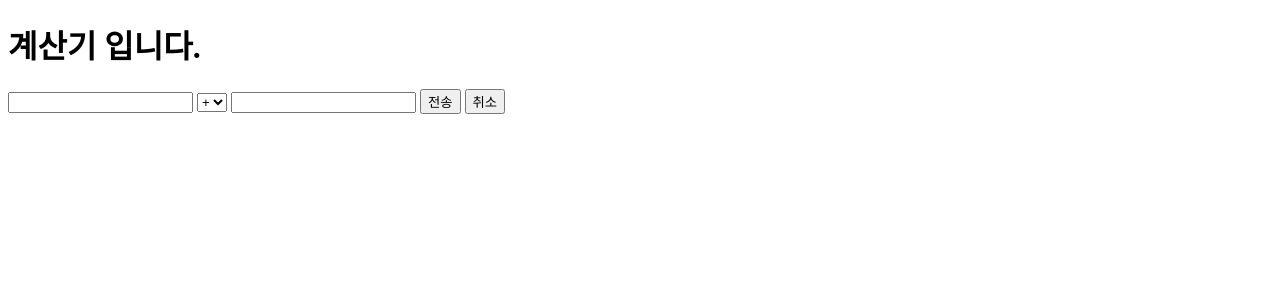
Repository: minimelody/servlet
Page: webworkspace2/web1/WebContent/views/ex1/cal.html
An editor plug-in stored every save of this project. The page is shown before and after the next save, followed by the edit.
The browser window is 1280 px wide. The pictures show the whole page.

Above is the page before, as saved 2018-05-17 07:33:58.

### webworkspace2/web1/WebContent/views/ex1/cal.html
<!DOCTYPE html>
<html>
<head>
<meta charset="UTF-8">
<title>Insert title here</title>
</head>
<body>
	<h1>계산기 입니다.</h1>
	<form action="/web1/cal" method="get">
		<input type="text" name="firstValue">
		<select name="cal">
			<option>+</option>
			<option>-</option>
			<option>*</option>
			<option>/</option>
		</select>
		<input type="text" name="secondValue">
		<input type="submit" value="전송">
		<input type="reset" value="취소">
	</form>
</body>
</html>

After the next save:
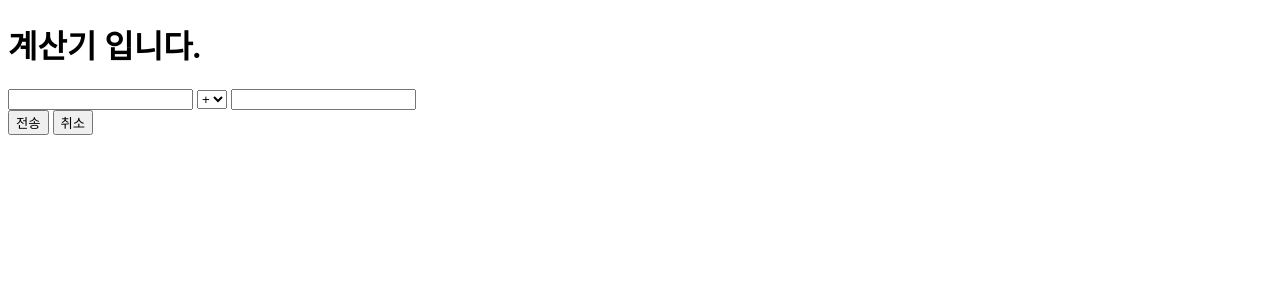
Saved 8 s later.
--- a/webworkspace2/web1/WebContent/views/ex1/cal.html
+++ b/webworkspace2/web1/WebContent/views/ex1/cal.html
@@ -14,7 +14,7 @@
 			<option>*</option>
 			<option>/</option>
 		</select>
-		<input type="text" name="secondValue">
+		<input type="text" name="secondValue"><br>
 		<input type="submit" value="전송">
 		<input type="reset" value="취소">
 	</form>
